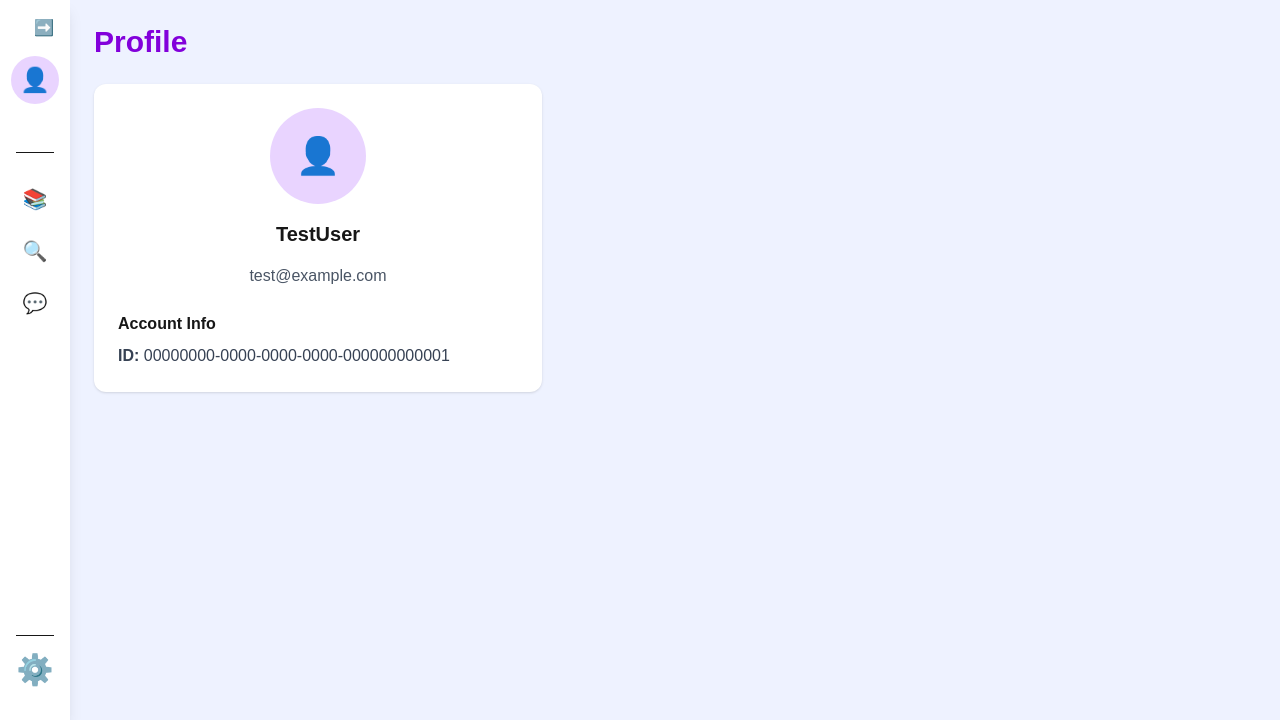
Repository: ramosfranz/bookie
Page: /profile
These files come from the project's save history. The page is drawn as it stood at one moment and after the next save; the edit follows.
The browser window is 1280 px wide. The pictures show the whole page.
The project was rebuilt for these pictures with package versions that can differ from the ones it lists, and the page was loaded fresh each time. The framework's server and built-in components were replaced by stand-ins that run in the browser. Also part of the build but not shown: next.config.ts.

Above is the page before, as saved 2025-11-20 15:40:36.

### src/app/layout.tsx
import type { Metadata } from "next";
import { Geist, Geist_Mono } from "next/font/google";
import "./globals.css";

const geistSans = Geist({
  variable: "--font-geist-sans",
  subsets: ["latin"],
});

const geistMono = Geist_Mono({
  variable: "--font-geist-mono",
  subsets: ["latin"],
});

export const metadata: Metadata = {
  title: "Bookie",
  description: "Generated by create next app",
};

export default function RootLayout({
  children,
}: Readonly<{
  children: React.ReactNode;
}>) {
  return (
    <html lang="en">
      <body
        className={`${geistSans.variable} ${geistMono.variable} antialiased`}
      >
        {children}
      </body>
    </html>
  );
}

### src/app/profile/page.tsx
"use client";

import Sidebar from "../components/Sidebar";

const dummyUser = {
  id: "00000000-0000-0000-0000-000000000001",
  email: "test@example.com",
  username: "TestUser",
};

export default function ProfilePage() {
  const user = dummyUser;

  return (
    <div className="min-h-screen flex bg-indigo-50">
      {/* Sidebar */}
      <Sidebar activeTab="profile" user={user} />

      {/* Main content */}
      <main className="flex-1 p-6">
        <h1 className="text-3xl font-bold text-purple-700 mb-6">Profile</h1>

        <div className="bg-white rounded-xl shadow p-6 max-w-md">
          <div className="flex flex-col items-center gap-4">
            <div className="w-24 h-24 bg-purple-200 rounded-full flex items-center justify-center text-4xl">
              👤
            </div>
            <h2 className="text-xl font-semibold">{user.username}</h2>
            <p className="text-gray-600">{user.email}</p>
          </div>

          <div className="mt-6">
            <h3 className="font-semibold mb-2">Account Info</h3>
            <ul className="text-gray-700">
              <li><strong>ID:</strong> {user.id}</li>
              {/* You can add more account info here */}
            </ul>
          </div>
        </div>
      </main>
    </div>
  );
}

### src/app/components/Sidebar.tsx
"use client";

import { useState } from "react";
import Link from "next/link";

export default function Sidebar({ activeTab, user }) {
  const [isCollapsed, setIsCollapsed] = useState(true);

  return (
    <aside
      className={`${
        isCollapsed ? "w-[70px]" : "w-[180px]"
      } bg-white shadow-lg p-4 flex flex-col items-center transition-all duration-300`}
    >
      {/* Collapse Button */}
      <button
        onClick={() => setIsCollapsed(!isCollapsed)}
        className="self-end text-gray-500 hover:text-gray-700 mb-4"
      >
        {isCollapsed ? "➡️" : "⬅️"}
      </button>

      {/* Profile Section */}
      <Link href="/profile" className="mb-8 flex flex-col items-center">
        <div className="w-12 h-12 bg-purple-200 rounded-full flex items-center justify-center text-2xl">
          👤
        </div>
        {!isCollapsed && (
          <p className="mt-3 font-semibold text-purple-700">{user.username}</p>
        )}
      </Link>

      <div className="w-full border-t my-4"></div>

      {/* Tabs */}
      <nav className="flex flex-col items-center gap-6 mt-4">

        {/* Library (Leisure + Study) */}
        <Link
          href="/dashboard"
          className={`flex flex-col items-center text-xl ${
            activeTab === "dashboard"
              ? "text-purple-600"
              : "text-gray-500 hover:text-gray-700"
          }`}
        >
          📚
          {!isCollapsed && <span className="text-sm mt-1">Library</span>}
        </Link>

        {/* Discover */}
        <Link
          href="/discover"
          className={`flex flex-col items-center text-xl ${
            activeTab === "discover"
              ? "text-purple-600"
              : "text-gray-500 hover:text-gray-700"
          }`}
        >
          🔍
          {!isCollapsed && <span className="text-sm mt-1">Discover</span>}
        </Link>

        {/* Chat */}
        <Link
          href="/chat"
          className={`flex flex-col items-center text-xl ${
            activeTab === "chat"
              ? "text-purple-600"
              : "text-gray-500 hover:text-gray-700"
          }`}
        >
          💬
          {!isCollapsed && <span className="text-sm mt-1">Chat</span>}
        </Link>
      </nav>

      <div className="w-full border-t my-4 mt-auto"></div>

      <button className="text-gray-500 hover:text-gray-700 text-3xl mb-4">
        ⚙️
      </button>
    </aside>
  );
}

Loaded but not shown: src/app/globals.css (common file)

After the next save:
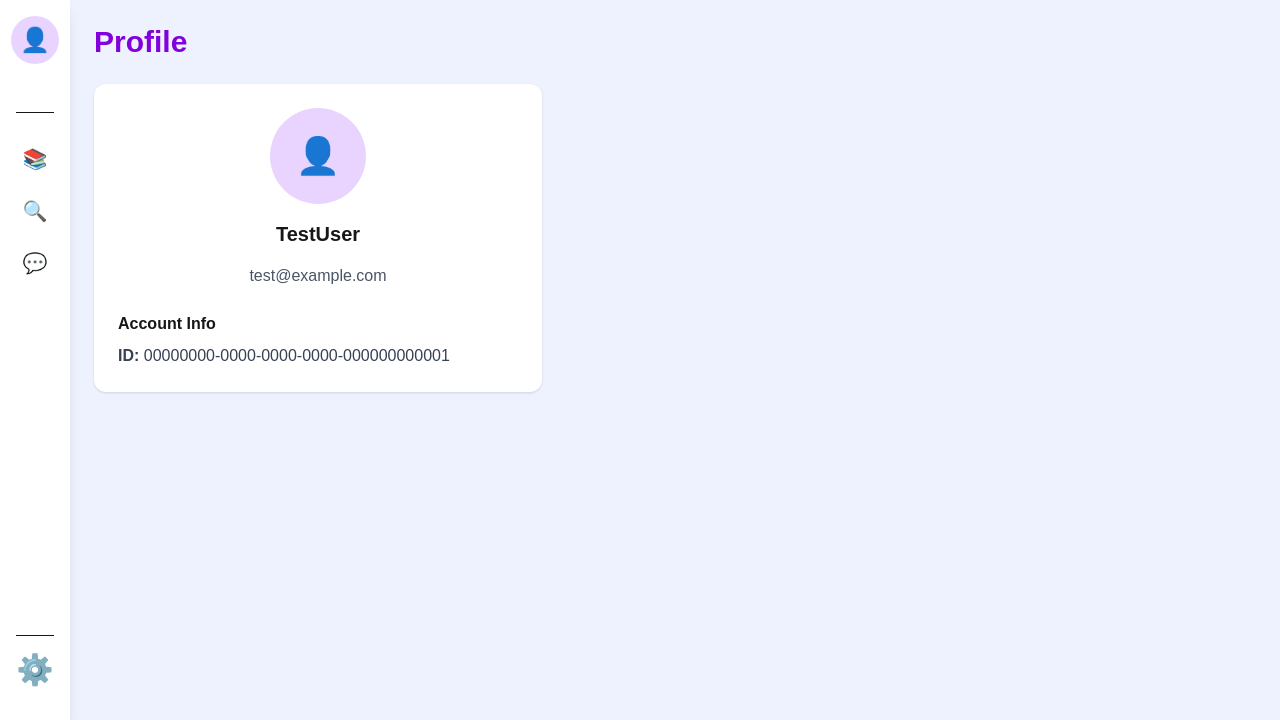
Saved 7 min 17 s later.
--- a/src/app/components/Sidebar.tsx
+++ b/src/app/components/Sidebar.tsx
@@ -6,22 +6,20 @@ import Link from "next/link";
 export default function Sidebar({ activeTab, user }) {
   const [isCollapsed, setIsCollapsed] = useState(true);
 
+  // Prevent sidebar links from triggering collapse
+  const handleLinkClick = (e: React.MouseEvent) => {
+    e.stopPropagation();
+  };
+
   return (
     <aside
+      onClick={() => setIsCollapsed(!isCollapsed)}
       className={`${
         isCollapsed ? "w-[70px]" : "w-[180px]"
-      } bg-white shadow-lg p-4 flex flex-col items-center transition-all duration-300`}
+      } bg-white shadow-lg p-4 flex flex-col items-center transition-all duration-300 cursor-pointer`}
     >
-      {/* Collapse Button */}
-      <button
-        onClick={() => setIsCollapsed(!isCollapsed)}
-        className="self-end text-gray-500 hover:text-gray-700 mb-4"
-      >
-        {isCollapsed ? "➡️" : "⬅️"}
-      </button>
-
       {/* Profile Section */}
-      <Link href="/profile" className="mb-8 flex flex-col items-center">
+      <Link href="/profile" onClick={handleLinkClick} className="mb-8 flex flex-col items-center">
         <div className="w-12 h-12 bg-purple-200 rounded-full flex items-center justify-center text-2xl">
           👤
         </div>
@@ -34,10 +32,10 @@ export default function Sidebar({ activeTab, user }) {
 
       {/* Tabs */}
       <nav className="flex flex-col items-center gap-6 mt-4">
-
-        {/* Library (Leisure + Study) */}
+        {/* Library */}
         <Link
           href="/dashboard"
+          onClick={handleLinkClick}
           className={`flex flex-col items-center text-xl ${
             activeTab === "dashboard"
               ? "text-purple-600"
@@ -51,6 +49,7 @@ export default function Sidebar({ activeTab, user }) {
         {/* Discover */}
         <Link
           href="/discover"
+          onClick={handleLinkClick}
           className={`flex flex-col items-center text-xl ${
             activeTab === "discover"
               ? "text-purple-600"
@@ -64,6 +63,7 @@ export default function Sidebar({ activeTab, user }) {
         {/* Chat */}
         <Link
           href="/chat"
+          onClick={handleLinkClick}
           className={`flex flex-col items-center text-xl ${
             activeTab === "chat"
               ? "text-purple-600"
@@ -77,7 +77,10 @@ export default function Sidebar({ activeTab, user }) {
 
       <div className="w-full border-t my-4 mt-auto"></div>
 
-      <button className="text-gray-500 hover:text-gray-700 text-3xl mb-4">
+      <button
+        onClick={(e) => e.stopPropagation()}
+        className="text-gray-500 hover:text-gray-700 text-3xl mb-4"
+      >
         ⚙️
       </button>
     </aside>
